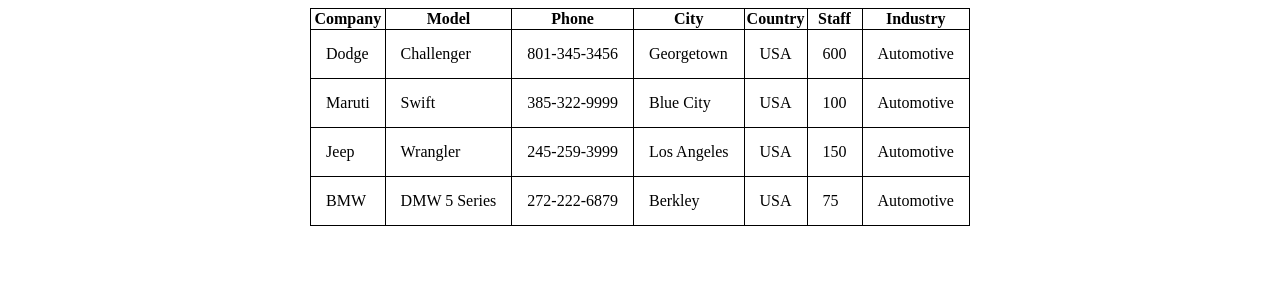
Repository: vgoins-RA2022/HTML-2
Page: index.html
The author's editor kept a copy of each file at every save. The page is drawn from the files as they stood at one save, then again after a run of saves.
The browser window is 1280 px wide. The pictures show the whole page.

Above is the page before, as saved 2023-01-21 22:36:33.

After the next 2 saves:
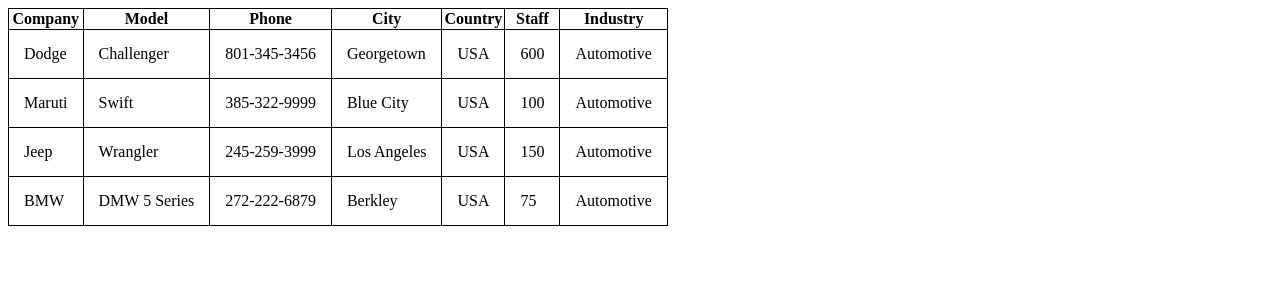
The 2 saves are shown as one change because they came seconds apart.
The last was saved 11 s later.
--- a/src/css/Style.css
+++ b/src/css/Style.css
@@ -3,7 +3,7 @@
   border: 1px solid black;
   border-collapse: collapse;
 }
-
+center the table
 table {
   margin: 0 auto;
 }

After the 2 saves that followed:
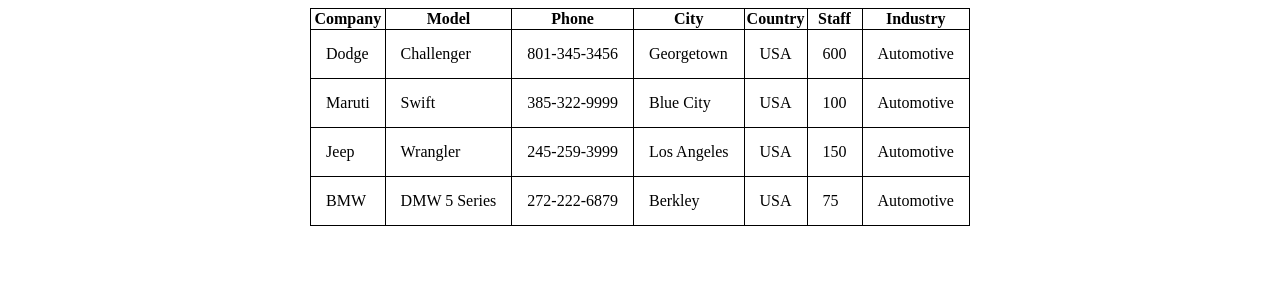
The 2 saves are shown as one change because they came seconds apart.
The last was saved 16 s later.
--- a/src/css/Style.css
+++ b/src/css/Style.css
@@ -3,7 +3,8 @@
   border: 1px solid black;
   border-collapse: collapse;
 }
-center the table
+
+/* center the table */
 table {
   margin: 0 auto;
 }
